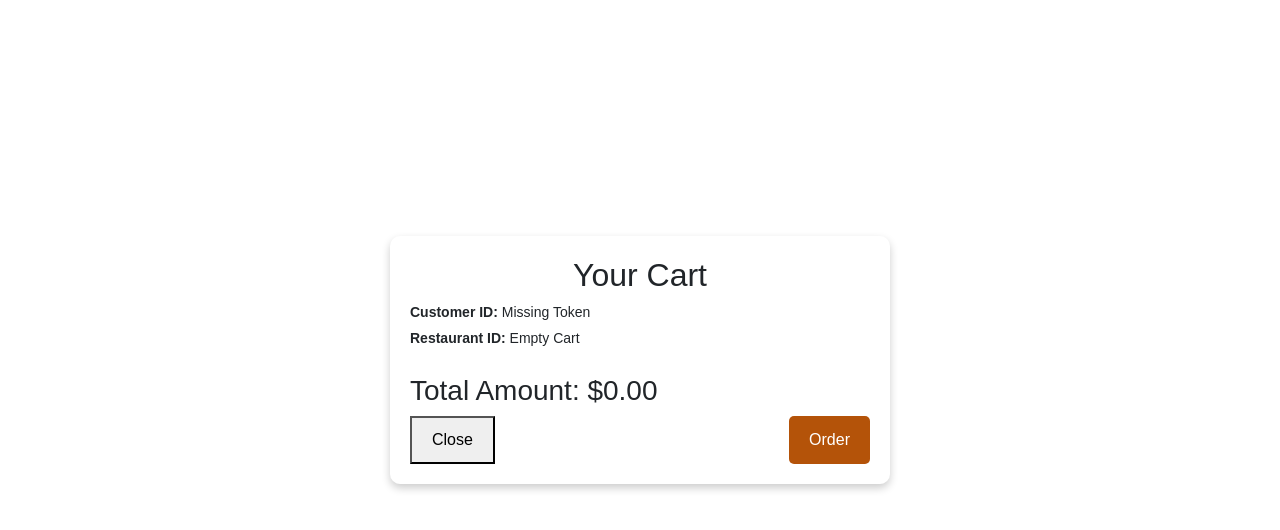
Repository: chelseajaculina/lab2-uber-eats
Page: /cart (app in frontend/)
The author's editor kept a copy of each file at every save. The page is drawn from the files as they stood at one save, then again after the next save.
The browser window is 1280 px wide. The pictures show the whole page.
The project was rebuilt for these pictures with package versions that can differ from the ones it lists, and the page was loaded fresh each time. Also part of the build but not shown: frontend/src/components/Home.css, frontend/src/components/Logout.css, frontend/src/components/Logout.js, frontend/src/contexts/CartContext.js, frontend/src/components/NavBarHome.js, frontend/src/components/Home.js, frontend/src/components/CustomerSignUp.js, frontend/src/components/RestaurantSignUp.js and 28 more.

Above is the page before, as saved 2024-11-25 10:45:43.

### frontend/src/components/CartModal.js
import React, { useEffect, useState } from 'react';
import { useNavigate } from 'react-router-dom';
import axios from 'axios';
import './CartModal.css';

const CartModal = ({ cart, setCart, onClose }) => {
  const navigate = useNavigate();

  // State for customer ID and restaurant ID
  const [customerId, setCustomerId] = useState(null);
  const [restaurantId, setRestaurantId] = useState(null);

  // Fetch customer ID from the backend
  useEffect(() => {
    const fetchCustomerId = async () => {
      const token = localStorage.getItem('access_token');
      if (!token) {
        console.warn('Access token not found.');
        setCustomerId('Missing Token');
        return;
      }

      try {
        const response = await axios.get('http://localhost:8000/api/customers/user-profile/', {
          headers: {
            Authorization: `Bearer ${token}`,
          },
        });

        const userId = response.data.id; // Assuming the response has an `id` field for customer ID
        console.log('Customer ID retrieved from backend:', userId);
        setCustomerId(userId);
      } catch (error) {
        console.error('Error fetching customer ID:', error.response?.data || error.message);
        setCustomerId('Error Fetching Customer ID');
      }
    };

    fetchCustomerId();
  }, []);

  // Extract the restaurant ID from the first item in the cart
  useEffect(() => {
    const extractRestaurantId = () => {
      console.log("Full Cart Data:", cart); // Debug the cart structure
      if (cart && cart.length > 0) {
        const firstItemRestaurantId = cart[0]?.restaurant; // Use optional chaining
        console.log("First item in the cart:", cart[0]); // Debug the first item in the cart
        console.log("Restaurant ID from first cart item:", firstItemRestaurantId);
        setRestaurantId(firstItemRestaurantId || "None Found");
      } else {
        setRestaurantId("Empty Cart"); // Handle empty cart
      }
    };

    extractRestaurantId();
  }, [cart]);


  const increaseQuantity = (dishId) => {
    setCart((prevCart) =>
      prevCart.map((item) =>
        item.id === dishId ? { ...item, quantity: item.quantity + 1 } : item
      )
    );
  };

  const decreaseQuantity = (dishId) => {
    setCart((prevCart) =>
      prevCart
        .map((item) =>
          item.id === dishId ? { ...item, quantity: item.quantity - 1 } : item
        )
        .filter((item) => item.quantity > 0)
    );
  };

  const calculateTotal = () =>
    cart.reduce(
      (total, item) =>
        total + (parseFloat(item.price) || 0) * item.quantity,
      0
    ).toFixed(2);

  const handleOrder = () => {
    // Ensure both IDs are available before navigating
    if (!customerId || !restaurantId || customerId === 'Missing Token' || restaurantId === 'Empty Cart') {
      alert('Unable to proceed. Please ensure you are logged in and your cart contains valid items.');
      return;
    }

    // Navigate to the Order Page with IDs and cart
    navigate('/order', {
      state: {
        cart,
        customerId,
        restaurantId,
      },
    });
  };

  return (
    <div className="cart-modal">
      <h2>Your Cart</h2>
      {!customerId ? (
        <p>Fetching Customer ID...</p>
      ) : (
        <p><strong>Customer ID:</strong> {customerId}</p>
      )}
      {!restaurantId ? (
        <p>Fetching Restaurant ID...</p>
      ) : (
        <p><strong>Restaurant ID:</strong> {restaurantId}</p>
      )}
      <div className="cart-items">
        {cart.map((item) => (
          <div className="cart-item" key={item.id}>
            <h4>{item.name}</h4>
            <p>${(parseFloat(item.price) || 0).toFixed(2)}</p>
            <div className="quantity-controls">
              <button onClick={() => decreaseQuantity(item.id)}>-</button>
              <span>x {item.quantity}</span>
              <button onClick={() => increaseQuantity(item.id)}>+</button>
            </div>
          </div>
        ))}
      </div>
      <div className="cart-total">
        <h3>Total Amount: ${calculateTotal()}</h3>
      </div>
      <div className="cart-actions">
        <button onClick={onClose}>Close</button>
        <button className="order-button" onClick={handleOrder}>
          Order
        </button>
      </div>
    </div>
  );
};

export default CartModal;

### frontend/src/components/SignUp.css
/* Shared container styling for login and signup */
.signup-container {
    display: flex;
    flex-direction: column;
    align-items: center;
    padding: 20px;
    width: 100%;
    background-color: #f7f7f7; /* Light gray background */
}

/* Shared header styling for both signup and login */
.signup-header {
    background-color: transparent;
    width: 100%;
    text-align: center;
    padding: 10px;
}

/* Brand title styling for consistency */
.brand-title {
    color: #000; /* Black color for "Uber" */
    font-size: 24px;
}

.brand-title span {
    color: #34a853; /* Green color for "Eats" */
}

/* Container to hold both forms side by side */
.signup-forms {
    display: flex;
    justify-content: space-between;
    width: 80%;
    max-width: 1200px;
    gap: 20px; /* Space between the two forms */
    margin-top: 20px;
}

/* Styling for each individual form container */
.form-container {
    flex: 1;
    background-color: white;
    padding: 20px;
    border-radius: 10px;
    box-shadow: 0 4px 10px rgba(0, 0, 0, 0.1);
    text-align: center;
}

/* Shared form styling for inputs and buttons */
.signup-form, .login-form {
    display: flex;
    flex-direction: column;
    width: 100%;
    margin-top: 20px;
}

.signup-form h2, h2 {
    text-align: center;
    font-size: 18px;
    margin-bottom: 10px;
    color: #333;
}

.signup-form input,  input {
    width: 100%;
    padding: 12px;
    margin: 8px 0;
    border-radius: 8px;
    border: 1px solid #ccc;
    font-size: 16px;
}

.continue-button {
    background-color: black;
    color: white;
    padding: 12px;
    border: none;
    border-radius: 8px;
    font-size: 16px;
    cursor: pointer;
    margin-top: 10px;
}

.divider {
    display: flex;
    align-items: center;
    text-align: center;
    margin: 20px 0;
}

.line {
    flex: 1;
    height: 1px;
    background-color: #ccc;
    border: none;
}



.google-button, .apple-button, .qr-code-button {
    display: flex;
    align-items: center;
    justify-content: center;
    background-color: #f5f5f5;
    color: black;
    padding: 12px;
    margin: 8px 0;
    border-radius: 8px;
    border: 1px solid #ccc;
    font-size: 16px;
    cursor: pointer;
}

.google-button img, .apple-button img, .qr-code-button img {
    width: 20px;
    height: 20px;
    margin-right: 10px;
}

.disclaimer {
    font-size: 12px;
    color: gray;
    text-align: center;
    margin-top: 10px;
    line-height: 1.5;
}

.link-button {
    color: #000;
    font-weight: bold;
    text-decoration: none;
    cursor: pointer;
    background: #000;  /* Remove default background */
    border: none;      /* Remove default border */
    padding: 0.5rem;   /* Optional padding to make it look button-like */
    color: #fff;
}

/* Responsive design for smaller screens */
@media (max-width: 768px) {
    .signup-forms {
        flex-direction: column;
        align-items: center;
    }

    .form-container {
        width: 100%;
        margin-bottom: 20px;
    }
}


/* Stretch buttons across form container */
.google-button, .apple-button, .qr-code-button {
    display: flex;
    align-items: center;
    justify-content: center;
    background-color: #f5f5f5;
    color: black;
    padding: 12px;
    margin: 8px 0;
    border-radius: 8px;
    border: 1px solid #ccc;
    font-size: 16px;
    cursor: pointer;
    width: 100%; /* Make buttons full width */
    max-width: 300px; /* Optional max-width to keep buttons from getting too wide */
}

/* Center the buttons within the form container */
.signup-form, .login-form {
    display: flex;
    flex-direction: column;
    align-items: center; /* Center all elements horizontally */
    width: 100%;
    margin-top: 20px;
}

/* Center the button icon */
.google-button .icon, .apple-button .icon, .qr-code-button .icon {
    margin-right: 10px;
    font-size: 20px;
}

### frontend/src/components/Welcome.css
/* General Reset */
* {
    margin: 0;
    padding: 0;
    box-sizing: border-box;
    font-family: Arial, Helvetica, sans-serif;
}

/* Container */
.landing-container {
    width: 100%;
    height: 100vh;
    background: url('/public/images/landing-bg.jpg') center/cover no-repeat;
    color: #000;
    display: flex;
    flex-direction: column;
    margin: 0;
    padding: 0;
}

/* Navigation Bar */
.navbar {
    display: flex;
    justify-content: space-between;
    align-items: center;
    padding: 1rem 2rem;
    background-color: transparent; /* Keep background transparent if desired */
    border-bottom: none; /* Ensure no bottom border */
    box-shadow: none; /* Ensure no shadow */
}


.navbar-left {
    display: flex;
    align-items: center;
    background-color: transparent;
}

.menu-button {
    font-size: 1.5rem;
    background: none;
    border: none;
    cursor: pointer;
    margin-right: 1rem;
    color: #000; /* White icon color */
}

.menu-button:focus {
    outline: none; /* Remove focus outline */
}

.brand-title {
    font-weight: bold;
    font-size: 1.5rem;
    color: #000;
}

.navbar-right {
    display: flex;
    align-items: center;
    background-color: transparent;
}

.navbar-right button {
    padding: 0.5rem 1rem;
    cursor: pointer;
    font-size: 1rem;
    margin-left: 1rem;
    border-radius: 5px;
    border: none; /* Ensure there is no border for solid button effect */
}

/* Log in Button - White with Black Border */
.login-button {
    background-color: #fff;          /* White background */
    color: #000;                     /* Black text */
    border: 1px solid #000;          /* Black border */
    border-radius: 5px;              /* Slightly rounded corners */
}

/* Sign up Button - Green with White Text */
.signup-button {
    background-color: #00ff80;  /* Green background */
    color: #fff;                     /* White text */
    border-radius: 5px;              /* Slightly rounded corners */
}

/* Hero Section */
.hero-section {
    display: flex;
    flex-direction: column;
    align-items: left;
    margin-top: 6rem;
    padding: 2rem;
    color: #000;
}

.hero-section h1 {
    font-size: 3rem;
    font-weight: bold;
    margin-bottom: 2rem;
}

/* Address Input Section */
.address-input-section {
    display: flex;
    align-items: center;
    gap: 1rem;
    width: 100%;
    max-width: 800px;
}

.input-box {
    display: flex;
    align-items: center;
    background: #fff;
    padding: 0.5rem;
    border-radius: 8px;
    flex-grow: 1;
    border: 1px solid #ddd;
}

.input-box .icon {
    margin-right: 0.5rem;
    color: #666;
}

.input-box input {
    border: none;
    outline: none;
    width: 100%;
    font-size: 1rem;
    padding: 0.5rem 0;
}

.delivery-time-dropdown {
    display: flex;
    align-items: center;
    background: #fff;
    padding: 0.5rem;
    border-radius: 8px;
    border: 1px solid #ddd;
}

.delivery-time-dropdown .icon {
    margin-right: 0.5rem;
    color: #666;
}

.delivery-time-dropdown select {
    border: none;
    outline: none;
    font-size: 1rem;
    background: transparent;
}

/* Search Button */
.search-button {
    background-color: #000;
    color: #fff;
    padding: 0.75rem 1.5rem;
    border: none;
    cursor: pointer;
    border-radius: 8px;
    font-weight: bold;
}

/* Sign In Link */
.signin-link {
    margin-top: 1rem;
    font-size: 1rem;
    color: #666;
}

.signin-link a {
    color: #000;
    font-weight: bold;
    text-decoration: none;
}

.signin-link a:hover {
    text-decoration: underline;
}

.link-button {
    color: #000;
    font-weight: bold;
    text-decoration: none;
    cursor: pointer;
    background: none;  /* Remove default background */
    border: none;      /* Remove default border */
    padding: 0.5rem;   /* Optional padding to make it look button-like */
}

.link-button:hover {
    text-decoration: underline; /* Add underline on hover */
}

### frontend/src/components/RestaurantMenu.css
/* General Reset */
* {
  margin: 0;
  padding: 0;
  box-sizing: border-box;
  font-family: Arial, Helvetica, sans-serif;
}

/* Container for the entire menu section */
.restaurant-menu {
  width: 100%;
  padding: 20px;
  display: flex;
  flex-direction: column;
  align-items: center;
  background-color: #f5f5f5;
}

/* Title of the menu */
.menu-title {
  font-size: 2rem;
  margin-bottom: 20px;
  color: #333;
}

/* Section for the add dish button */
.add-dish-section {
  width: 100%;
  display: flex;
  justify-content: center;
  margin-bottom: 20px;
}

.add-dish-button {
  padding: 10px 20px;
  font-size: 1rem;
  background-color: black;
  color: white;
  border: none;
  border-radius: 5px;
  cursor: pointer;
  transition: background-color 0.3s;
}

.add-dish-button:hover {
  background-color: #333;
}

/* Dishes list */
.dishes-list {
  width: 100%;
  display: flex;
  flex-wrap: wrap;
  justify-content: center;
  gap: 20px;
}

/* Individual dish card */
.dish-card {
  background-color: white;
  width: 250px;
  padding: 10px;
  border-radius: 10px;
  box-shadow: 0 4px 8px rgba(0, 0, 0, 0.1);
  text-align: center;
  display: flex;
  flex-direction: column;
  align-items: center;
}

.dish-image {
  width: 100%;
  height: 180px;
  object-fit: cover;
  border-radius: 10px;
  margin-bottom: 10px;
}

.dish-card h3 {
  font-size: 1.2rem;
  color: #333;
}

.dish-card p {
  font-size: 0.9rem;
  color: #555;
}

.dish-card strong {
  color: #000;
}

/* Modal overlay */
.modal-overlay {
  position: fixed;
  top: 0;
  left: 0;
  width: 100%;
  height: 100%;
  background-color: rgba(0, 0, 0, 0.5);
  display: flex;
  justify-content: center;
  align-items: center;
}

/* Modal content */
.modal-content {
  background-color: white;
  padding: 20px;
  width: 400px;
  border-radius: 10px;
  box-shadow: 0 4px 8px rgba(0, 0, 0, 0.2);
}

.modal-content h2 {
  font-size: 1.5rem;
  margin-bottom: 20px;
  color: #333;
}

.dish-form {
  display: flex;
  flex-direction: column;
  gap: 10px;
}

.dish-form input,
.dish-form select,
.dish-form textarea {
  padding: 10px;
  font-size: 1rem;
  border: 1px solid #ccc;
  border-radius: 5px;
  width: 100%;
  box-sizing: border-box;
}

.dish-form textarea {
  resize: vertical;
  height: 100px;
}

.form-buttons {
  display: flex;
  justify-content: space-between;
}

.save-button {
  background-color: #00cc66;
  color: white;
  padding: 10px 20px;
  border: none;
  border-radius: 5px;
  cursor: pointer;
  transition: background-color 0.3s;
}

.save-button:hover {
  background-color: #00a653;
}

.cancel-button {
  background-color: #ccc;
  color: #333;
  padding: 10px 20px;
  border: none;
  border-radius: 5px;
  cursor: pointer;
  transition: background-color 0.3s;
}

.cancel-button:hover {
  background-color: #bbb;
}

/* Price input styling */
.price-input {
  display: flex;
  align-items: center;
}

.price-input span {
  margin-right: 10px;
  font-size: 1rem;
  color: #333;
}

/* Loading message */
.loading {
  text-align: center;
  font-size: 1.2rem;
  color: #333;
}

### frontend/src/components/CartModal.css
/* src/components/CartModal.css */
.cart-modal {
    position: fixed;
    top: 50%;
    left: 50%;
    transform: translate(-50%, -50%);
    background-color: white;
    padding: 20px;
    border-radius: 10px;
    box-shadow: 0 4px 8px rgba(0, 0, 0, 0.2);
    width: 90%;
    max-width: 500px;
  }

  .cart-items {
    max-height: 300px;
    overflow-y: auto;
    margin-bottom: 20px;
  }

  .cart-item {
    display: flex;
    justify-content: space-between;
    align-items: center;
    padding: 10px 0;
    border-bottom: 1px solid #ddd;
  }

  .quantity-controls {
    display: flex;
    align-items: center;
  }

  .quantity-controls button {
    background: none;
    border: 1px solid #ccc;
    padding: 5px;
    cursor: pointer;
    margin: 0 5px;
  }

  .cart-total {
    font-weight: bold;
    margin-top: 20px;
  }

  .cart-actions {
    display: flex;
    justify-content: space-between;
  }

  .cart-actions button {
    padding: 10px 20px;
    cursor: pointer;
  }

  .order-button {
    background-color: #b45309;
    color: white;
    border: none;
    padding: 10px 20px;
    cursor: pointer;
    border-radius: 5px;
  }

  .cart-modal p {
    margin: 5px 0;
    font-size: 14px;
  }

### frontend/src/components/NavBarBusiness.css
/* General Reset */
* {
    margin: 0;
    padding: 0;
    box-sizing: border-box;
    font-family: Arial, Helvetica, sans-serif;
}

.landing-container {
    width: 100%;
    height: 100vh;
    background: url('/public/images/landing-bg.jpg') center/cover no-repeat;
    color: #000;
    display: flex;
    flex-direction: column;
}


/* Navigation Bar */
.navbar {
    display: flex;
    justify-content: space-between;
    align-items: center;
    padding: 1rem;
    background-color: transparent;
    color: #fff;
    flex-wrap: wrap; /* Allows items to wrap in small screens */
    width: 100%;
}

/* Navbar Left Section */
.navbar-left {
    display: flex;
    align-items: center;
    flex-wrap: wrap;
    gap: 1rem;
}

/* Menu Button */
.menu-button {
    font-size: 1.5rem;
    background: none;
    border: none;
    cursor: pointer;
    color: #fff;
}

/* Brand Title */
.brand-title {
    font-weight: bold;
    font-size: 1.5rem;
    color: #000;
    text-decoration: none;
}

.brand-link {
    color: #000;
    text-decoration: none;
}

/* Delivery and Pickup Buttons */
.delivery-pickup-buttons {
    display: flex;
    gap: 0.5rem;
}

.delivery-btn, .pickup-btn {
    padding: 0.5rem 1rem;
    border-radius: 20px;
    border: none;
    cursor: pointer;
    background-color: #f6f6f6;
    color: #000;
    transition: background-color 0.3s;
}

.delivery-btn.active {
    background-color: #fff;
    border: 1px solid #ddd;
}

/* Navbar Right Section */
.navbar-right {
    display: flex;
    align-items: center;
    gap: 1rem;
    flex-wrap: wrap;
    flex: 1;
    justify-content: flex-end;
    width: 100%;
}

.location {
    display: flex;
    align-items: center;
    gap: 0.5rem;
    font-size: 1rem;
    color: #fff;
    white-space: nowrap;
}

.search-box {
    display: flex;
    align-items: center;
    background-color: #f6f6f6;
    padding: 0.5rem 1rem;
    border-radius: 20px;
    gap: 0.5rem;
    flex-grow: 1; /* Expand the search box */
    max-width: 400px;
    min-width: 200px;
}

.search-box input {
    border: none;
    background: transparent;
    outline: none;
    width: 100%;
    color: #000;
}

.login-button {
    padding: 0.5rem 1rem;
    background-color: #fff;
    color: #000;
    border: 1px solid #000;
    border-radius: 5px;
    cursor: pointer;
}

.signup-button {
    padding: 0.5rem 1rem;
    background-color: #000;
    color: #fff;
    border: none;
    border-radius: 5px;
    cursor: pointer;
}

.shopping-cart-icon {
    font-size: 1.5rem;
    color: #00cc66;
}

/* Side Menu */
.side-menu {
    position: fixed;
    top: 0;
    left: 0;
    width: 300px;
    height: 100%;
    background-color: #fff;
    box-shadow: 2px 0 5px rgba(0, 0, 0, 0.3);
    padding: 2rem;
    z-index: 1000;
    display: flex;
    flex-direction: column;
    gap: 1rem;
}

.close-button {
    align-self: flex-end;
    background: none;
    border: none;
    font-size: 1.5rem;
    cursor: pointer;
}

.signup-side-button, .login-side-button {
    width: 100%;
    padding: 1rem;
    border-radius: 5px;
    border: none;
    cursor: pointer;
    font-size: 1.2rem;
}

.signup-side-button {
    background-color: #000;
    color: #fff;
}

.login-side-button {
    background-color: #f0f0f0;
    color: #000;
}

.side-links {
    display: flex;
    flex-direction: column;
    gap: 1rem;
}

.side-links a {
    text-decoration: none;
    color: #000;
    font-weight: bold;
}

.download-app {
    margin-top: auto;
    text-align: center;
}

.app-links button {
    margin: 1rem 0.5rem;
    padding: 0.5rem 1rem;
    border-radius: 5px;
    border: none;
    cursor: pointer;
    font-weight: bold;
}

/* Media Queries for Responsive Design */
@media (max-width: 768px) {
    .navbar {
        padding: 0.5rem 1rem;
    }

    .navbar-right {
        flex-direction: column;
        gap: 0.5rem;
        width: 100%;
        justify-content: center;
        align-items: flex-start;
    }

    .search-box {
        order: 2;
        margin-top: 1rem;
        width: 100%;
    }

    .location {
        display: none;
    }
}

@media (max-width: 480px) {
    .delivery-pickup-buttons {
        display: none; /* Hide on small screens */
    }

    .signup-button, .login-button {
        padding: 0.3rem 0.8rem;
    }

    .shopping-cart-icon {
        font-size: 1.2rem;
    }

    .navbar {
        flex-direction: column;
        align-items: flex-start;
    }

    .brand-title {
        font-size: 1.2rem;
    }
}

Loaded but not shown: frontend/public/index.html (common file); frontend/src/App.js (86 lines, source omitted); frontend/src/redux/slices/restaurantSlice.js (39 lines, source omitted); frontend/src/redux/slices/authSlice.js (29 lines, source omitted); frontend/src/redux/slices/orderSlice.js (24 lines, source omitted); frontend/src/index.js (15 lines, source omitted); frontend/src/redux/store.js (14 lines, source omitted); frontend/src/components/NavBar.css (372 lines, source omitted)

After the next save:
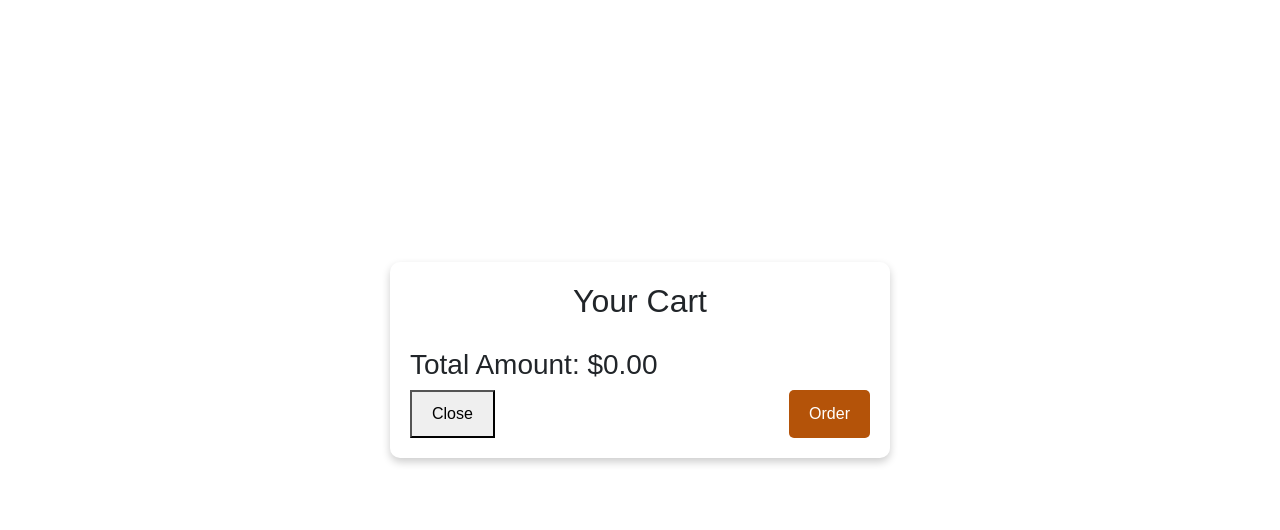
Saved 9 s later.
--- a/frontend/src/components/CartModal.js
+++ b/frontend/src/components/CartModal.js
@@ -1,126 +1,32 @@
-import React, { useEffect, useState } from 'react';
-import { useNavigate } from 'react-router-dom';
-import axios from 'axios';
+import React from 'react';
+import { useSelector, useDispatch } from 'react-redux';
+import { addToCart, removeFromCart } from '../redux/slices/orderSlice';
 import './CartModal.css';
 
-const CartModal = ({ cart, setCart, onClose }) => {
-  const navigate = useNavigate();
-
-  // State for customer ID and restaurant ID
-  const [customerId, setCustomerId] = useState(null);
-  const [restaurantId, setRestaurantId] = useState(null);
-
-  // Fetch customer ID from the backend
-  useEffect(() => {
-    const fetchCustomerId = async () => {
-      const token = localStorage.getItem('access_token');
-      if (!token) {
-        console.warn('Access token not found.');
-        setCustomerId('Missing Token');
-        return;
-      }
-
-      try {
-        const response = await axios.get('http://localhost:8000/api/customers/user-profile/', {
-          headers: {
-            Authorization: `Bearer ${token}`,
-          },
-        });
-
-        const userId = response.data.id; // Assuming the response has an `id` field for customer ID
-        console.log('Customer ID retrieved from backend:', userId);
-        setCustomerId(userId);
-      } catch (error) {
-        console.error('Error fetching customer ID:', error.response?.data || error.message);
-        setCustomerId('Error Fetching Customer ID');
-      }
-    };
-
-    fetchCustomerId();
-  }, []);
-
-  // Extract the restaurant ID from the first item in the cart
-  useEffect(() => {
-    const extractRestaurantId = () => {
-      console.log("Full Cart Data:", cart); // Debug the cart structure
-      if (cart && cart.length > 0) {
-        const firstItemRestaurantId = cart[0]?.restaurant; // Use optional chaining
-        console.log("First item in the cart:", cart[0]); // Debug the first item in the cart
-        console.log("Restaurant ID from first cart item:", firstItemRestaurantId);
-        setRestaurantId(firstItemRestaurantId || "None Found");
-      } else {
-        setRestaurantId("Empty Cart"); // Handle empty cart
-      }
-    };
-
-    extractRestaurantId();
-  }, [cart]);
-
-
-  const increaseQuantity = (dishId) => {
-    setCart((prevCart) =>
-      prevCart.map((item) =>
-        item.id === dishId ? { ...item, quantity: item.quantity + 1 } : item
-      )
-    );
-  };
-
-  const decreaseQuantity = (dishId) => {
-    setCart((prevCart) =>
-      prevCart
-        .map((item) =>
-          item.id === dishId ? { ...item, quantity: item.quantity - 1 } : item
-        )
-        .filter((item) => item.quantity > 0)
-    );
-  };
+const CartModal = ({ onClose }) => {
+  const cart = useSelector((state) => state.order.cart);
+  const dispatch = useDispatch();
 
   const calculateTotal = () =>
-    cart.reduce(
-      (total, item) =>
-        total + (parseFloat(item.price) || 0) * item.quantity,
-      0
-    ).toFixed(2);
+    cart.reduce((total, item) => total + item.price * item.quantity, 0).toFixed(2);
 
   const handleOrder = () => {
-    // Ensure both IDs are available before navigating
-    if (!customerId || !restaurantId || customerId === 'Missing Token' || restaurantId === 'Empty Cart') {
-      alert('Unable to proceed. Please ensure you are logged in and your cart contains valid items.');
-      return;
-    }
-
-    // Navigate to the Order Page with IDs and cart
-    navigate('/order', {
-      state: {
-        cart,
-        customerId,
-        restaurantId,
-      },
-    });
+    alert('Order placed successfully!');
+    onClose();
   };
 
   return (
     <div className="cart-modal">
       <h2>Your Cart</h2>
-      {!customerId ? (
-        <p>Fetching Customer ID...</p>
-      ) : (
-        <p><strong>Customer ID:</strong> {customerId}</p>
-      )}
-      {!restaurantId ? (
-        <p>Fetching Restaurant ID...</p>
-      ) : (
-        <p><strong>Restaurant ID:</strong> {restaurantId}</p>
-      )}
       <div className="cart-items">
         {cart.map((item) => (
           <div className="cart-item" key={item.id}>
             <h4>{item.name}</h4>
-            <p>${(parseFloat(item.price) || 0).toFixed(2)}</p>
+            <p>${item.price.toFixed(2)}</p>
             <div className="quantity-controls">
-              <button onClick={() => decreaseQuantity(item.id)}>-</button>
+              <button onClick={() => dispatch(removeFromCart(item.id))}>-</button>
               <span>x {item.quantity}</span>
-              <button onClick={() => increaseQuantity(item.id)}>+</button>
+              <button onClick={() => dispatch(addToCart({ ...item, quantity: item.quantity + 1 }))}>+</button>
             </div>
           </div>
         ))}
